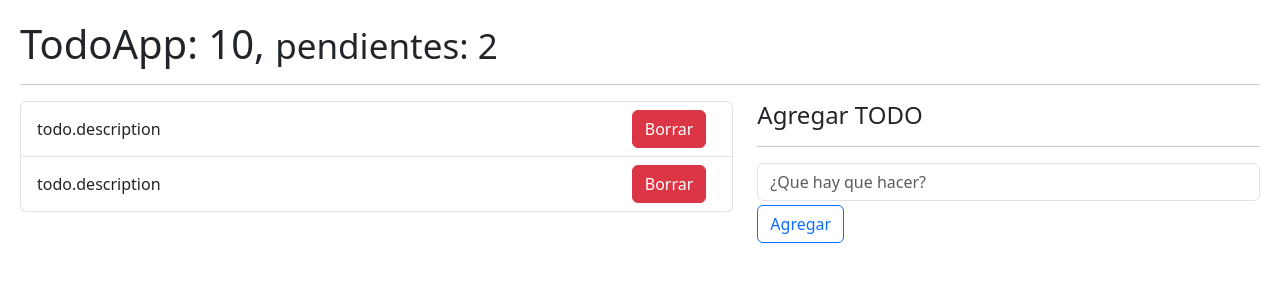
Repository: bryanesteban/hooks-App
Page: /
These files come from the project's save history. The page is drawn as it stood at one moment and after the next save; the edit follows.
The browser window is 1280 px wide. The pictures show the whole page.
The project was rebuilt for these pictures with package versions that can differ from the ones it lists, and the page was loaded fresh each time. Also part of the build but not shown: vite.config.js, src/HooksApp.jsx, src/01-useState/CounterApp.jsx, src/hooks/useCounter.jsx, src/01-useState/CounterWithCustomHook.jsx, src/02-useEffect/Message.jsx, src/02-useEffect/SimpleForm.jsx, src/hooks/useForm.js and 12 more.

Above is the page before, as saved 2024-08-16 15:54:26.

### src/main.jsx
import React from 'react'
import ReactDOM from 'react-dom/client'
import './index.css'
import { HooksApp } from './HooksApp'
import { CounterApp } from './01-useState/CounterApp'
import { CounterWithCustomHook } from './01-useState/CounterWithCustomHook'
import { SimpleForm } from './02-useEffect/SimpleForm'
import { FormWithCustomHook } from './02-useEffect/FormWithCustomHook'
import { MultipleCustomHook } from './03-examples/MultipleCustomHook'
import { FocusScreen } from './04-useRef/FocusScreen'
import { Layout } from './05-useLayoutEffect/Layout'
import { Memorize } from './06-memos/Memorize'
import { MemoHook } from './06-memos/MemoHook'
import { CallbackHook } from './06-memos/CallbackHook'
// import { Padre } from './07-tarea-memo/Padre'

// import './08-useReducer/intro-reducer';
import { TodoApp } from './08-useReducer/TodoApp'

ReactDOM.createRoot(document.getElementById('root')).render(
  // <React.StrictMode>
  //   <FormWithCustomHook />
  // <MultipleCustomHook />
  // <FocusScreen/>
  // <Layout/>
      // <Memorize/>
      // <MemoHook/>
      // <CallbackHook/>
      // <Padre/>
      <TodoApp/>

  // </React.StrictMode>
)

### src/08-useReducer/TodoApp.jsx
import React, { useReducer } from 'react'
import { todoReducer } from './todoReducer';
import { TodoList } from './TodoList';

export const TodoApp = () => {

    const initialState = [
    {
        id: new Date().getTime(),
        description: 'Recolecar la piedra del Alma',
        done: false,
    },
    {
        id: new Date().getTime()*3,
        description: 'Recolecar la piedra del poder',
        done: false,
    }

    ];

    const [state, dispatch] = useReducer(todoReducer, initialState);

    return (
    <>
    <h1>TodoApp: 10, <small>pendientes: 2</small></h1>
    <hr/>

        <div className="row">
            <div className="col-7">
                <TodoList state={state}/>
            </div>
            <div className="col-5">
                <h4>Agregar TODO</h4>
                <hr/>
                <form>
                    <input
                        type="text"
                        placeholder="¿Que hay que hacer?"
                        className="form-control"
                    />
                    <button
                        type="submit"
                        className="btn btn-outline-primary mt-1">
                        Agregar
                    </button>
                </form>
            </div>
        </div>

    </>
  )
}

### src/08-useReducer/todoReducer.js


export const todoReducer = (initialState, action) => {

    switch(action.type){
      case 'ABC':
        // return initialState;
        throw new Error( `${action.type} no esta implementada`);

        default:
            return initialState;
    }
}

### src/08-useReducer/TodoList.jsx
import React from 'react'
import { TodoItem } from './TodoItem'

export const TodoList = ({state}) => {
  return (
        <ul className="list-group">
            {
                state.map(todo => (
                    <TodoItem todo={todo} />
                ))
            }

        </ul>
  )
}

### src/08-useReducer/TodoItem.jsx
import React from 'react'

export const TodoItem = ({todo}) => {
  return (
    <li key ={ todo.id} className="list-group-item d-flex justify-content-between">
                <span className="align-self-center">todo.description</span>
                <button className="btn btn-danger ">Borrar</button>
    </li>
  )
}

Loaded but not shown: index.html (common file); src/index.css (common file)

After the next save:
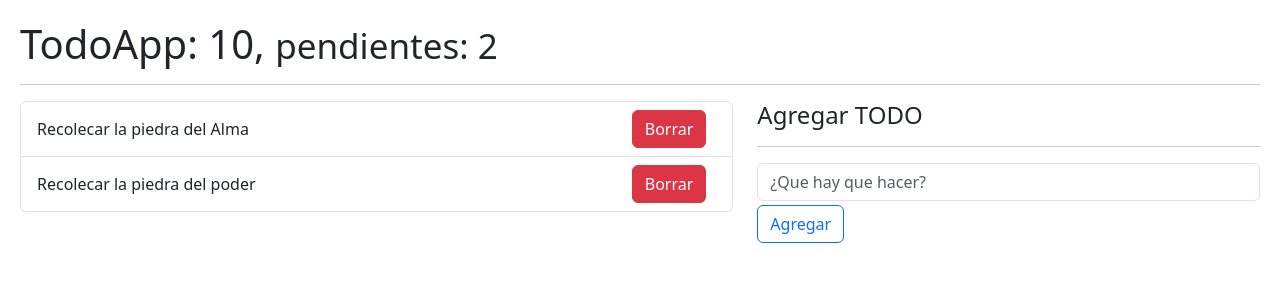
Saved 7 s later.
--- a/src/08-useReducer/TodoItem.jsx
+++ b/src/08-useReducer/TodoItem.jsx
@@ -3,7 +3,7 @@
 export const TodoItem = ({todo}) => {
   return (
     <li key ={ todo.id} className="list-group-item d-flex justify-content-between">
-                <span className="align-self-center">todo.description</span>
+                <span className="align-self-center">{todo.description}</span>
                 <button className="btn btn-danger ">Borrar</button>
     </li>
   )
